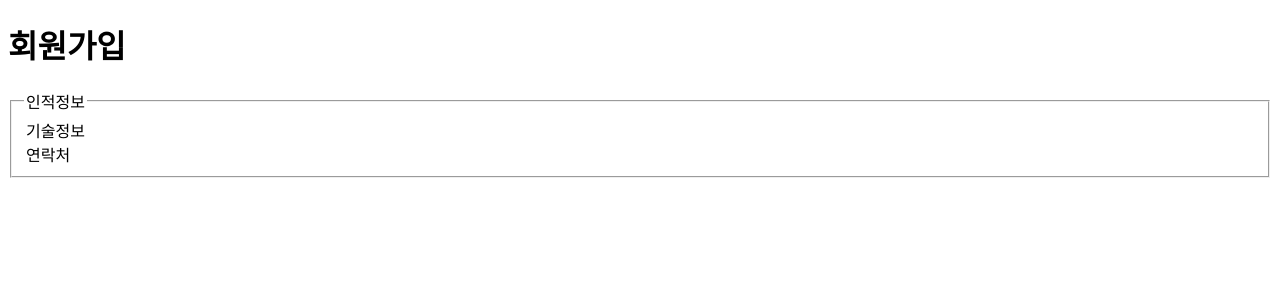
Repository: wooyeonhui/SmartContents
Page: http://localhost/MyHome4/JoinUs/JoinUsSend.jsp
An editor plug-in stored every save of this project. The page is shown before and after the next save, followed by the edit.
The browser window is 1280 px wide. The pictures show the whole page.
The page is served by Tomcat 9.

Above is the page before, as saved 2017-01-13 06:27:00.

### Java/workspace_20170111/MyHome4/JoinUs/JoinUsSend.jsp
<%@ page language="java" contentType="text/html; charset=EUC-KR"
    pageEncoding="EUC-KR"%>
<!DOCTYPE html PUBLIC "-//W3C//DTD HTML 4.01 Transitional//EN" "http://www.w3.org/TR/html4/loose.dtd">
<html>
<head>
<meta http-equiv="Content-Type" content="text/html; charset=EUC-KR">
<title>Insert title here</title>
</head>
<body>
 <h1>회원가입</h1>
 <form>
  <fieldset>
       <legend>인적정보</legend>
       <legend>기술정보</legend>
       <legend>연락처</legend>
  </fieldset>
 </form>
</body>
</html>

After the next save:
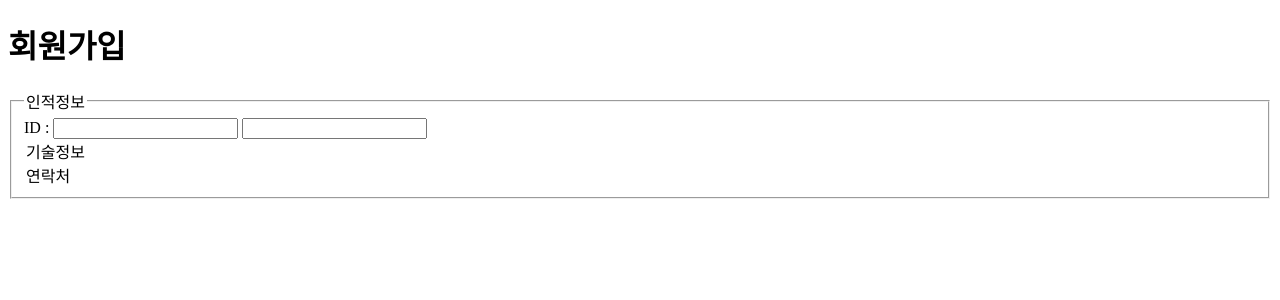
Saved 2 min 58 s later.
--- a/Java/workspace_20170111/MyHome4/JoinUs/JoinUsSend.jsp
+++ b/Java/workspace_20170111/MyHome4/JoinUs/JoinUsSend.jsp
@@ -11,6 +11,10 @@
  <form>
   <fieldset>
        <legend>인적정보</legend>
+ <span>ID : </span>
+ <input type="text" name="ID" vale="">
+ <span> </span>
+ <input >
        <legend>기술정보</legend>
        <legend>연락처</legend>
   </fieldset>
